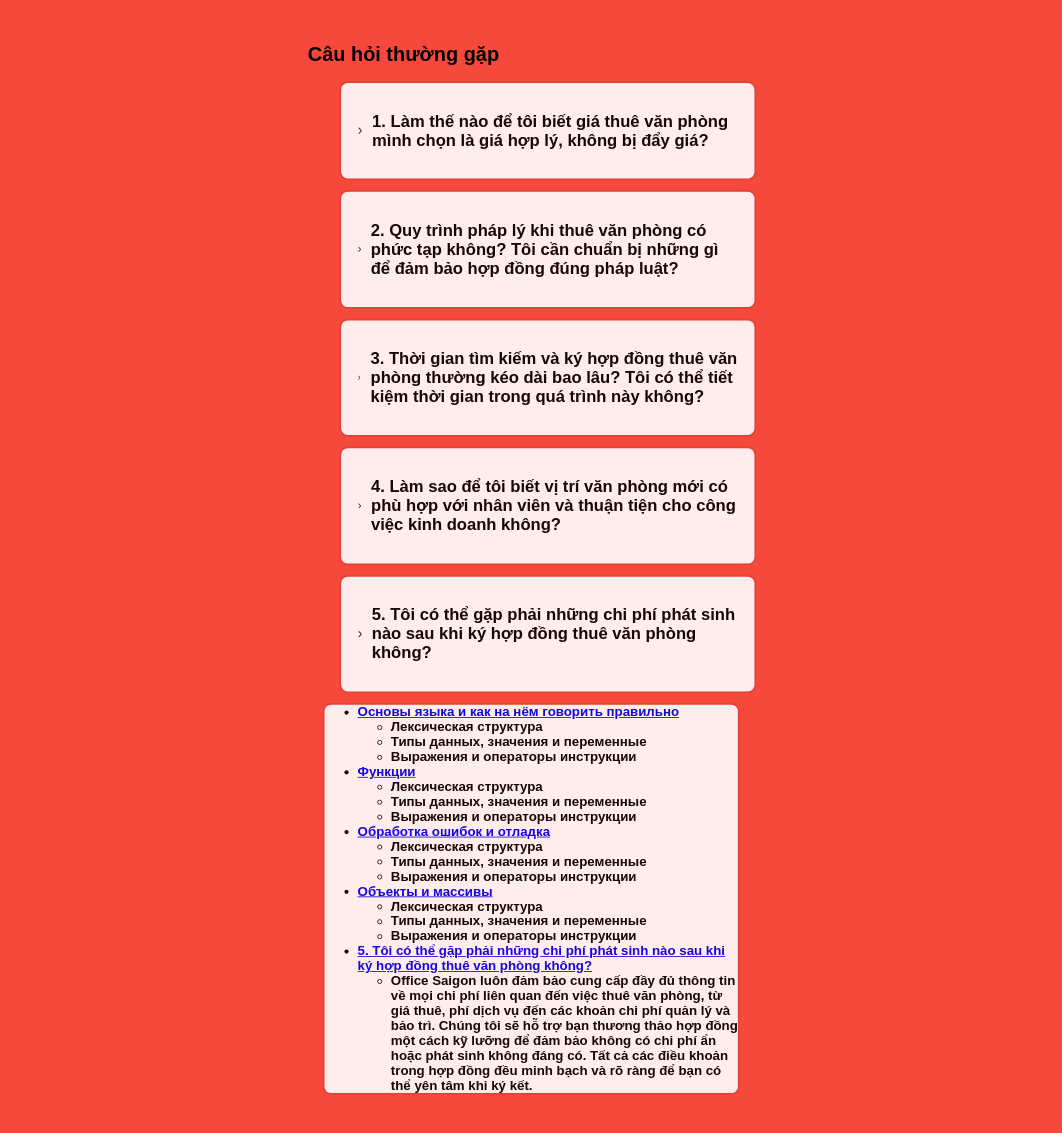
Repository: lannguyen1301/html-office-saigon
Page: accordion.html
The author's editor kept a copy of each file at every save. The page is drawn from the files as they stood at one save, then again after the next save.
The browser window is 1280 px wide. The pictures show the whole page, at 83% of full size.

Above is the page before, as saved 2025-02-12 23:19:10.

### accordion.html
<!DOCTYPE html>
<html lang="en">

<head>
    <meta charset="UTF-8">
    <meta name="viewport" content="width=device-width, initial-scale=1.0">
    <title>ACCODION</title>
    <link rel="stylesheet" href="accordion.css">
</head>

<body>
    <main>
        <h2>Câu hỏi thường gặp</h2>
        <ol class="accodion-list">
            <li class="accordion" id="howto">
                <h3 class="title">
                    <a href="#howto">
                        1. Làm thế nào để tôi biết giá thuê văn phòng mình chọn là giá hợp lý, không bị
                        đẩy giá?</a>
                </h3>
                <div class="content">
                    <div class="wrapper">
                        <p>
                            Office Saigon cung cấp thông tin minh bạch về giá thuê từ các tòa nhà mà chúng tôi hợp tác.
                            Chúng tôi luôn so sánh giá trên thị trường để đảm bảo bạn nhận được mức giá tốt nhất, phù
                            hợp với vị trí và tiện ích mà tòa nhà cung cấp. Chúng tôi không thêm phí môi giới cho khách
                            hàng thuê và đảm bảo mức giá bạn nhận được là mức giá gốc từ phía tòa nhà.
                        </p>
                    </div>
                </div>
            </li>

            <li class="accordion" id="legalprocess">
                <h3 class="title">
                    <a href="#legalprocess">
                        2. Quy trình pháp lý khi thuê văn phòng có phức tạp không? Tôi cần chuẩn
                        bị những gì để đảm bảo hợp đồng đúng pháp luật?</a>
                </h3>
                <div class="content">
                    <div class="wrapper">
                        <p>
                            Quy trình pháp lý khi thuê văn phòng có thể phức tạp, nhưng bạn hoàn toàn không phải lo lắng
                            khi sử dụng dịch vụ của Office Saigon. Chúng tôi sẽ hỗ trợ bạn từ khâu thương thảo hợp đồng,
                            đàm phán các điều khoản đến việc hoàn tất thủ tục pháp lý. Đội ngũ pháp lý chuyên nghiệp của
                            chúng tôi sẽ đảm bảo mọi chi tiết trong hợp đồng đều rõ ràng, minh bạch và tuân thủ đúng quy
                            định của pháp luật.
                        </p>

                    </div>
                </div>
            </li>

            <li class="accordion" id="searchtime">
                <h3 class="title">
                    <a href="#searchtime">
                        3. Thời gian tìm kiếm và ký hợp đồng thuê văn phòng thường kéo dài bao lâu? Tôi có thể tiết kiệm
                        thời gian trong quá trình này không?
                    </a>
                </h3>
                <div class="content">
                    <div class="wrapper">
                        <p>
                            Với dịch vụ của Office Saigon, quá trình tìm kiếm và ký hợp đồng thuê văn phòng thường chỉ
                            kéo dài từ 1-2 tuần, tùy thuộc vào yêu cầu cụ thể của bạn. Chúng tôi cung cấp danh sách các
                            tòa nhà phù hợp trong thời gian ngắn, giúp bạn tiết kiệm đáng kể thời gian và công sức so
                            với việc tự tìm kiếm. Quy trình của chúng tôi được tối ưu để bạn có thể nhanh chóng chọn
                            được văn phòng và ký kết hợp đồng mà không phải lo lắng về bất kỳ chi tiết nào.
                        </p>
                    </div>
                </div>
            </li>

            <li class="accordion" id="whyknow">
                <h3 class="title">
                    <a href="#whyknow">
                        4. Làm sao để tôi biết vị trí văn phòng mới có phù hợp với nhân viên và thuận tiện cho công việc
                        kinh doanh không?
                    </a>
                </h3>
                <div class="content">
                    <div class="wrapper">
                        <p>
                            Office Saigon luôn tư vấn kỹ lưỡng về vị trí văn phòng dựa trên yêu cầu của bạn và phân tích
                            các yếu tố như giao thông, tiện ích xung quanh, và sự thuận tiện cho nhân viên. Chúng tôi
                            hiểu rằng một vị trí văn phòng thuận tiện sẽ giúp tăng hiệu suất làm việc của nhân viên và
                            thuận lợi cho việc kinh doanh của bạn. Dựa vào mạng lưới hơn 2230 tòa nhà tại TP.HCM, chúng
                            tôi sẽ giúp bạn chọn được văn phòng ở vị trí chiến lược, tối ưu nhất cho doanh nghiệp của
                            bạn.
                        </p>
                    </div>
                </div>
            </li>
            <li class="accordion" id="costsincurred">
                <h3 class="title">
                    <a href="#costsincurred">
                        5. Tôi có thể gặp phải những chi phí phát sinh nào sau khi ký hợp đồng thuê văn phòng không?
                    </a>
                </h3>
                <div class="content">
                    <div class="wrapper">
                        <p>
                            Office Saigon luôn đảm bảo cung cấp đầy đủ thông tin về mọi chi phí liên quan đến việc thuê
                            văn phòng, từ giá thuê, phí dịch vụ đến các khoản chi phí quản lý và bảo trì. Chúng tôi sẽ
                            hỗ trợ bạn thương thảo hợp đồng một cách kỹ lưỡng để đảm bảo không có chi phí ẩn hoặc phát
                            sinh không đáng có. Tất cả các điều khoản trong hợp đồng đều minh bạch và rõ ràng để bạn có
                            thể yên tâm khi ký kết.
                        </p>
                    </div>
                </div>
            </li>
        </ol>
    </main>
</body>

</html>

<nav class="navigation">
    <!-- <header class="navigation__logo">
        <img src="https://s27.postimg.org/p5shqemzn/logo.png" alt="Navigation's logo" width="216" height="39">
    </header> -->
    <article>
        <ul class="accordion">
            <li class="accordion__item">
                <a href="#" class="accordion__link accordion__link_active">Основы языка и как на нём говорить
                    правильно</a>
                <ul class="sub-accordion">
                    <li class="sub-accordion__item">Лексическая структура</li>
                    <li class="sub-accordion__item">Типы данных, значения и переменные</li>
                    <li class="sub-accordion__item">Выражения и операторы инструкции</li>
                </ul>
            </li>
            <li class="accordion__item">
                <a href="#" class="accordion__link">Функции</a>
                <ul class="sub-accordion">
                    <li class="sub-accordion__item">Лексическая структура</li>
                    <li class="sub-accordion__item">Типы данных, значения и переменные</li>
                    <li class="sub-accordion__item">Выражения и операторы инструкции</li>
                </ul>
            </li>
            <li class="accordion__item">
                <a href="#" class="accordion__link">Обработка ошибок и отладка</a>
                <ul class="sub-accordion">
                    <li class="sub-accordion__item">Лексическая структура</li>
                    <li class="sub-accordion__item">Типы данных, значения и переменные</li>
                    <li class="sub-accordion__item">Выражения и операторы инструкции</li>
                </ul>
            </li>
            <li class="accordion__item">
                <a href="#" class="accordion__link">Объекты и массивы</a>
                <ul class="sub-accordion">
                    <li class="sub-accordion__item">Лексическая структура</li>
                    <li class="sub-accordion__item">Типы данных, значения и переменные</li>
                    <li class="sub-accordion__item">Выражения и операторы инструкции</li>
                </ul>
            </li>
            <li class="accordion__item">
                <a href="#" class="accordion__link">
                    5. Tôi có thể gặp phải những chi phí phát sinh nào sau khi ký hợp
                    đồng thuê văn phòng không?</a>
                <ul class="sub-accordion">
                    <li class="sub-accordion__item">Office Saigon luôn đảm bảo cung cấp đầy đủ thông tin về mọi chi phí
                        liên quan đến việc thuê
                        văn phòng, từ giá thuê, phí dịch vụ đến các khoản chi phí quản lý và bảo trì. Chúng tôi sẽ
                        hỗ trợ bạn thương thảo hợp đồng một cách kỹ lưỡng để đảm bảo không có chi phí ẩn hoặc phát
                        sinh không đáng có. Tất cả các điều khoản trong hợp đồng đều minh bạch và rõ ràng để bạn có
                        thể yên tâm khi ký kết.</li>
                    <!-- <li class="sub-accordion__item">Типы данных, значения и переменные</li> -->
                    <!-- <li class="sub-accordion__item">Выражения и операторы инструкции</li> -->
                </ul>
            </li>
        </ul>
    </article>
</nav>

### accordion.css
:root {
    --size-header: 2.25rem;
    --size-accordion-title: 1.25rem;
    --size-accordion-content: 1rem;
    --animation-speed: 100;
    --slide-ease: cubic-bezier(0.86, 0, 0.07, 1);
    --slide-duration: calc(400ms * 100 / var(--animation-speed));
    --slide-delay: calc(450ms * 100 / var(--animation-speed));
    --circle-duration: calc(900ms * 100 / var(--animation-speed));
}

*,
*::before,
*::after {
    position: relative;
    left: 0;
    top: 0;
    box-sizing: border-box;
}

a,
p,
h1 {
    margin: 0;
}

html {
    height: 100%;
}

body {
    background-color: hsl(4, 91%, 60%);
    font-family: Nunito, Arial, Helvetica, sans-serif;
    font-weight: 600;
    margin: 0;
    display: grid;
    place-items: center;
    padding: 2rem 2rem;
    min-height: 100%;
}

html,
body {
    scroll-behavior: smooth;
    scroll-padding-top: 1rem;
}

main > h1 {
    font-size: var(--size-header);
    margin-bottom: 1.25rem;
    color: #fff;
}

::selection {
    background-color: rgba(0, 0, 0, 0.4);
}

.accordion {
    --circle-x: 1.8rem;
    --circle-y: 0;
    --circle-r: 200%;
    --circle-bg: #fff;
    color: #000;

    background-color: var(--circle-bg);
    max-width: 56ch;
    margin-bottom: 1rem;
    border-radius: min(8px, 0.5rem);

    display: grid;
    grid-template-rows: 0fr 0fr;
    transition-timing-function: var(--slide-ease);
    transition-duration: 200ms, 200ms, var(--slide-duration);
    transition-property: opacity, box-shadow, grid-template-rows;
    transition-delay: 0ms, 0ms, var(--slide-delay);
    box-shadow: 0 0 0 2px rgba(0, 0, 0, 0.1);
    opacity: 0.9;
}

.accordion:not(:target):hover {
    box-shadow: 0 0 0 2px rgba(0, 0, 0, 0.5);
}

.accordion:not(:target):active {
    opacity: 1;
    box-shadow: 0 4px 7px 0 rgba(0, 0, 0, 0.3);
}

.accordion,
.content {
    overflow: hidden;
}

.accordion:target {
    --d: 90deg;
    grid-template-rows: 0fr 1fr;
    transition: grid-template-rows var(--slide-ease) var(--slide-duration)
        var(--slide-delay);
}

.wrapper {
    padding-block: 0 1.05rem;
    padding-inline: 1.25rem;
}

.content {
    font-size: var(--size-accordion-content);
    line-height: 140%;
}

.content p {
    margin-bottom: 1rem;
}

.content a {
    color: currentColor;
    font-weight: 800;
    text-decoration: underline;
}

main :last-child,
.content :last-child {
    margin-bottom: 0;
}

.title a {
    padding: 1rem 1.25rem;
    font-size: var(--size-accordion-title);
    font-weight: 800;
    color: currentColor;
    text-decoration: none;
    display: flex;
    flex-direction: row;
    place-items: center;
}

.title a::before {
    --chevron-icon: url("data:[embedded picture, 464 characters]");
    content: "";
    left: 0;
    top: 0;
    width: 0.65rem;
    aspect-ratio: 320 / 512;
    display: inline-block;
    margin-right: 0.75rem;
    transform: rotate(var(--d, 0deg));
    transition: transform var(--slide-ease) var(--slide-duration)
        var(--slide-delay);
    mask-image: var(--chevron-icon);
    mask-size: 100% 100%;
    -webkit-mask-image: var(--chevron-icon);
    -webkit-mask-size: 100% 100%;
    background-color: currentColor;
}

.accordion::before,
.accordion::after {
    content: "";
    position: absolute;
    width: 100%;
    height: 100%;
    background-color: var(--circle-bg);
    mix-blend-mode: difference;
    transform-style: preserve-3d;
    transition-timing-function: ease;
    transition-property: opacity, clip-path, visibility;
    pointer-events: none;
    clip-path: circle(var(--r) at var(--circle-x) var(--circle-y));
    border-radius: inherit;
    z-index: 4;
}

.accordion::before {
    --r: 0%;
    transition-delay: var(--circle-duration), var(--circle-duration), 0ms;
    transition-duration: 0ms, var(--circle-duration), 0ms;
    opacity: 0;
}

.accordion:target::before {
    --r: var(--circle-r);
    transition-delay: 0ms, 0ms, 0ms;
    transition-duration: 0ms, var(--circle-duration), 0ms;
    opacity: 1;
}

.accordion::after {
    --r: var(--circle-r);
    transition-delay: 0ms, 0ms, var(--circle-duration);
    transition-duration: 0ms, var(--circle-duration), 0ms;
    visibility: hidden;
    opacity: 1;
}

.accordion:target:after {
    --r: 0%;
    transition-delay: 0ms, 0ms, 0ms;
    transition-duration: 0ms, 0ms, 0ms;
    visibility: visible;
    opacity: 0;
}

.title a:focus-visible {
    background-color: hsl(0, 100%, 90%);
    outline: none;
}

.accordion:target .title a:focus-visible {
    background-color: hsl(183, 100%, 93%);
}

After the next save:
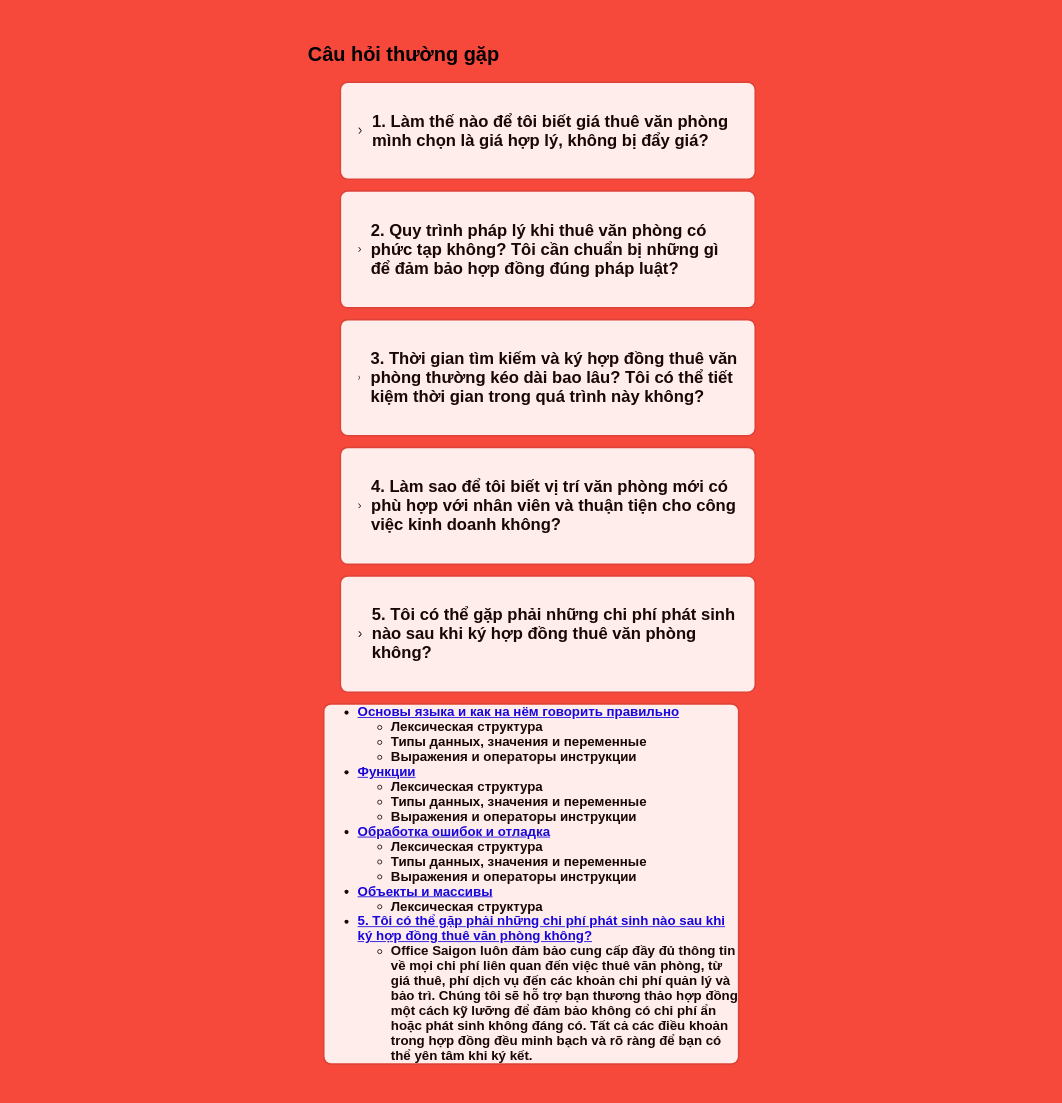
Saved 9 s later.
--- a/accordion.html
+++ b/accordion.html
@@ -149,8 +149,8 @@
                 <a href="#" class="accordion__link">Объекты и массивы</a>
                 <ul class="sub-accordion">
                     <li class="sub-accordion__item">Лексическая структура</li>
-                    <li class="sub-accordion__item">Типы данных, значения и переменные</li>
-                    <li class="sub-accordion__item">Выражения и операторы инструкции</li>
+                    <!-- <li class="sub-accordion__item">Типы данных, значения и переменные</li> -->
+                    <!-- <li class="sub-accordion__item">Выражения и операторы инструкции</li> -->
                 </ul>
             </li>
             <li class="accordion__item">
